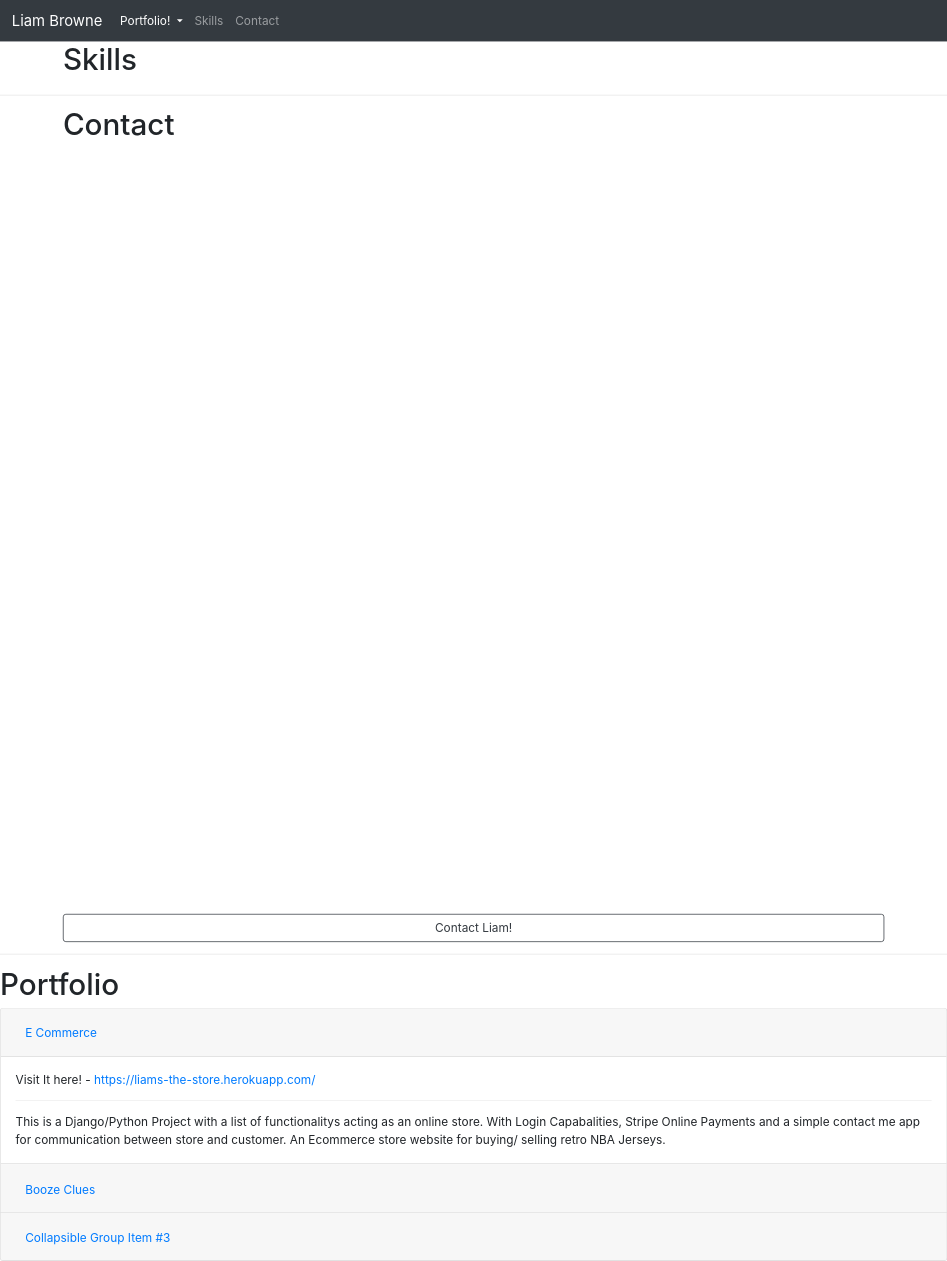
Repository: LiamB123/LiamBrowne.com.github.io
Page: index.html
The author's editor kept a record of every edit. The page is drawn from the files as they stood at one moment, then again after the next edit.
The browser window is 1280 px wide. The pictures show the whole page, at 74% of full size.

Above is the page before.

### index.html
<!DOCTYPE html>
<html lang="en">

<head>
  <meta charset="UTF-8">
  <meta name="viewport" content="width=device-width, initial-scale=1.0">


  <meta http-equiv="X-UA-Compatible" content="ie=edge">

  <title>Liam Browne</title>

  <!--Boostrap Links for Css, Js and Jquery --->
  <link rel="stylesheet" href="https://stackpath.bootstrapcdn.com/bootstrap/4.4.1/css/bootstrap.min.css" integrity="sha384-Vkoo8x4CGsO3+Hhxv8T/Q5PaXtkKtu6ug5TOeNV6gBiFeWPGFN9MuhOf23Q9Ifjh" crossorigin="anonymous">

  <script src="https://code.jquery.com/jquery-3.4.1.slim.min.js" integrity="sha384-J6qa4849blE2+poT4WnyKhv5vZF5SrPo0iEjwBvKU7imGFAV0wwj1yYfoRSJoZ+n" crossorigin="anonymous"></script>
  <script src="https://cdn.jsdelivr.net/npm/popper.js@1.16.0/dist/umd/popper.min.js" integrity="sha384-Q6E9RHvbIyZFJoft+2mJbHaEWldlvI9IOYy5n3zV9zzTtmI3UksdQRVvoxMfooAo" crossorigin="anonymous"></script>
  <script src="https://stackpath.bootstrapcdn.com/bootstrap/4.4.1/js/bootstrap.min.js" integrity="sha384-wfSDF2E50Y2D1uUdj0O3uMBJnjuUD4Ih7YwaYd1iqfktj0Uod8GCExl3Og8ifwB6" crossorigin="anonymous"></script>


  <link rel="stylesheet" href="static/css/custom.css" type="text/css" />

</head>

<body>


  <nav class="navbar navbar-expand-lg navbar-dark bg-dark">
    <a class="navbar-brand" href="#">Liam Browne </a>
    <button class="navbar-toggler" type="button" data-toggle="collapse" data-target="#navbarSupportedContent" aria-controls="navbarSupportedContent" aria-expanded="false" aria-label="Toggle navigation">
    <span class="navbar-toggler-icon"></span>
  </button>

    <div class="collapse navbar-collapse" id="navbarSupportedContent">
      <ul class="navbar-nav mr-auto">
        <li class="nav-item active nav-item dropdown">
          <a class="nav-link dropdown-toggle" href="#" id="navbarDropdown" role="button" data-toggle="dropdown" aria-haspopup="true" aria-expanded="false">
          Portfolio!
        </a>
          <div class="dropdown-menu" aria-labelledby="navbarDropdown">
            <a class="dropdown-item" href="#">E-Commerce</a>
            <a class="dropdown-item" href="#">Booze Clues</a>
            <div class="dropdown-divider"></div>
            <a class="dropdown-item" href="#">Something else here</a>
          </div>
        </li>
        <a class="nav-link" href="#">Skills<span class="sr-only">(current)</span></a>
        </li>
        <li class="nav-item">
          <a class="nav-link" href="contact">Contact</a>
        </li>

      </ul>

    </div>
  </nav>
  <!----About Section---->
  <div class="container">

    <section>
      <h1>
        Skills
      </h1>

      <div class="row">
      </div>
    </section>
</div>
    <hr>

    <section class="contact-img " >
      <div class="container">

      <h1>
        Contact
      </h1>
      <div class="row row-flex">
        <div class="vertical-align-center">
          <h2>


          </h2>


        </div>

      </div>
      <!-- Button trigger modal -->
      <button type="button" class="btn btn-outline-dark btn-block " data-toggle="modal" data-target="#staticBackdrop">
    Contact Liam!
    </button>

      <!-- Modal -->
      <div class="modal fade" id="staticBackdrop" data-backdrop="static" tabindex="-1" role="dialog" aria-labelledby="staticBackdropLabel" aria-hidden="true">
        <div class="modal-dialog" role="document">
          <div class="modal-content">
            <div class="modal-header">
              <h5 class="modal-title" id="staticBackdropLabel">Just a few details so I can respond!</h5>
              <button type="button" class="close" data-dismiss="modal" aria-label="Close">
          <span aria-hidden="true">&times;</span>
        </button>
            </div>
            <div class="modal-body">

              <form>
                <div class="form-group">
                  <label for="Email">Email address</label>
                  <input type="email" class="form-control" id="Email" placeholder="I will never share this information!">
                </div>
                <div class="form-group">
                  <label for="exampleFormControlSelect1">Is there a specific thing you want to talk about?</label>
                  <select class="form-control" id="exampleFormControlSelect1">
      <option>Just Saying Hi!</option>
      <option>Collaboration</option>
      <option>Business Opportunity</option>

    </select>
                </div>

                <div class="form-group">
                  <label for="exampleFormControlTextarea1">Message</label>
                  <textarea class="form-control" id="exampleFormControlTextarea1" rows="8"></textarea>
                </div>
                <button type="submit" class="btn btn-lg btn-outline-dark">Send!</button>
              </form>
            </div>
            <div class="modal-footer">
              <button type="button" class="btn btn-dark" data-dismiss="modal">Close</button>
            </div>
          </div>
        </div>
      </div>
  </div>

    </section>
    <hr>
    <section>

      <h1> Portfolio</h1>


      <div class="accordion" id="accordionExample">
        <div class="card">
          <div class="card-header" id="headingOne">
            <h2 class="mb-0">
              <button class="btn btn-link" type="button" data-toggle="collapse" data-target="#collapseOne" aria-expanded="true" aria-controls="collapseOne">
          E Commerce
        </button>
            </h2>
          </div>

          <div id="collapseOne" class="collapse show" aria-labelledby="headingOne" data-parent="#accordionExample">
            <div class="card-body">
              Visit It here! -<a href="https://liams-the-store.herokuapp.com/" target="_blank"> https://liams-the-store.herokuapp.com/</a>
              <hr> This is a Django/Python Project with a list of functionalitys acting as an online store. With Login Capabalities, Stripe Online Payments and a simple contact me app for communication between store and customer. An Ecommerce store website
              for buying/ selling retro NBA Jerseys.
            </div>
          </div>
        </div>
        <div class="card">
          <div class="card-header" id="headingTwo">
            <h2 class="mb-0">
              <button class="btn btn-link collapsed" type="button" data-toggle="collapse" data-target="#collapseTwo" aria-expanded="false" aria-controls="collapseTwo">
          Booze Clues
        </button>
            </h2>
          </div>
          <div id="collapseTwo" class="collapse" aria-labelledby="headingTwo" data-parent="#accordionExample">
            <div class="card-body">
              Enter Text Here </div>
          </div>
        </div>
        <div class="card">
          <div class="card-header" id="headingThree">
            <h2 class="mb-0">
              <button class="btn btn-link collapsed" type="button" data-toggle="collapse" data-target="#collapseThree" aria-expanded="false" aria-controls="collapseThree">
          Collapsible Group Item #3
        </button>
            </h2>
          </div>
          <div id="collapseThree" class="collapse" aria-labelledby="headingThree" data-parent="#accordionExample">
            <div class="card-body">
              Enter Text HEere </div>
          </div>
        </div>
      </div>
  </div>

  </div>

  </section>
</body>


</html>

### static/css/custom.css
<!-- Image Classes-->
.contact-img{
    min-height: 100vh;
    min-width: 100%;
    z-index: -1;
    background-image: url("../img/keyboard.jpg");
    background-repeat: no-repeat;
    background-position: center;
}

.masthead-img{
    min-height: 100vh;
    min-width: 100%;
    z-index: -1;
    background-image: url("../img/header.jpg");
    background-repeat: no-repeat;
    background-position: center;
}

.white-lettering{
    color: white;
}


.vertical-align-center{
    padding-top:70%;
    text-align: center;
    padding-bottom: 20%;
}

After the next edit:
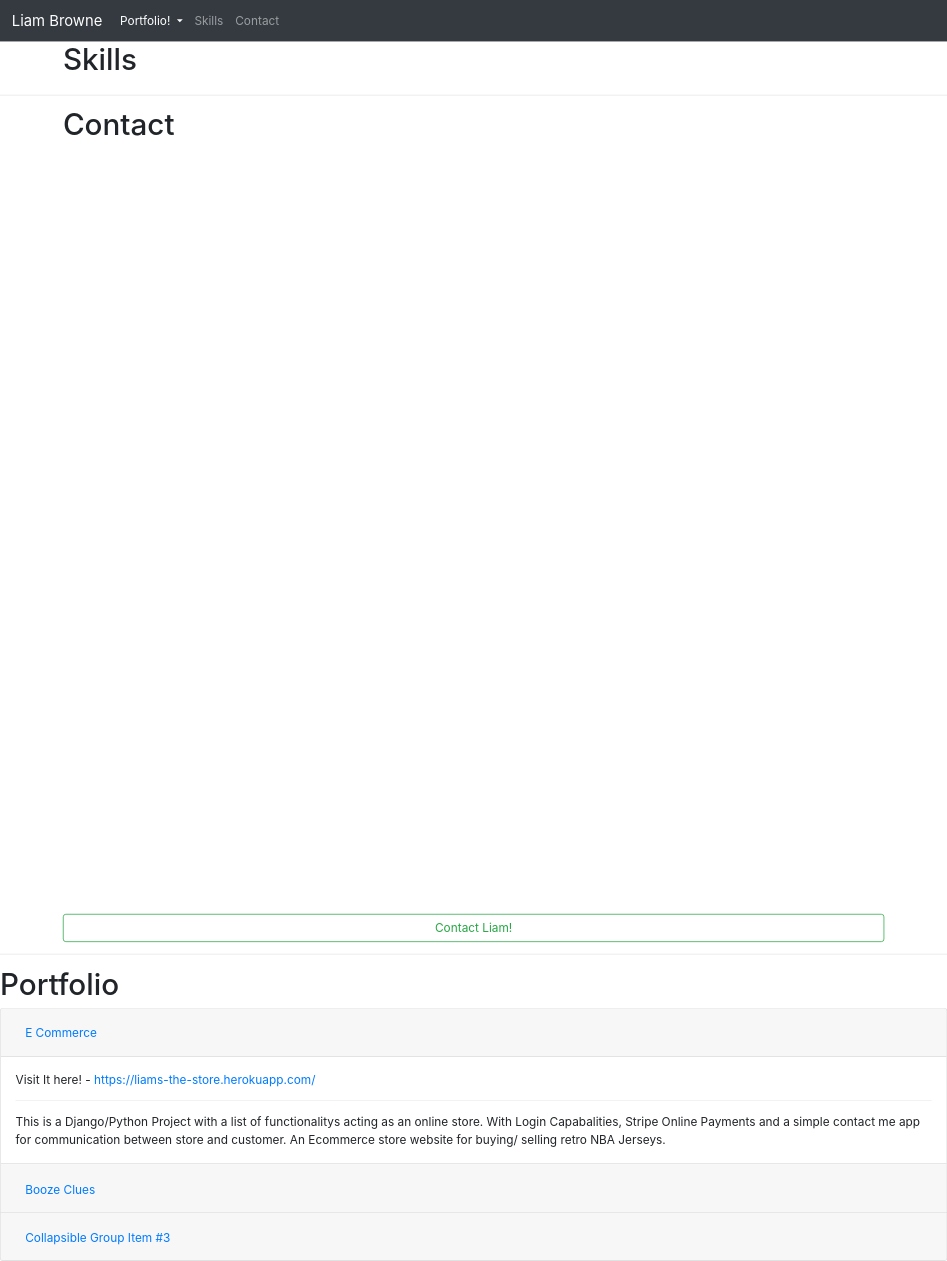
The edit:
--- a/index.html
+++ b/index.html
@@ -86,7 +86,7 @@
 
       </div>
       <!-- Button trigger modal -->
-      <button type="button" class="btn btn-outline-dark btn-block " data-toggle="modal" data-target="#staticBackdrop">
+      <button type="button" class="btn btn-outline-success btn-block " data-toggle="modal" data-target="#staticBackdrop">
     Contact Liam!
     </button>
 
